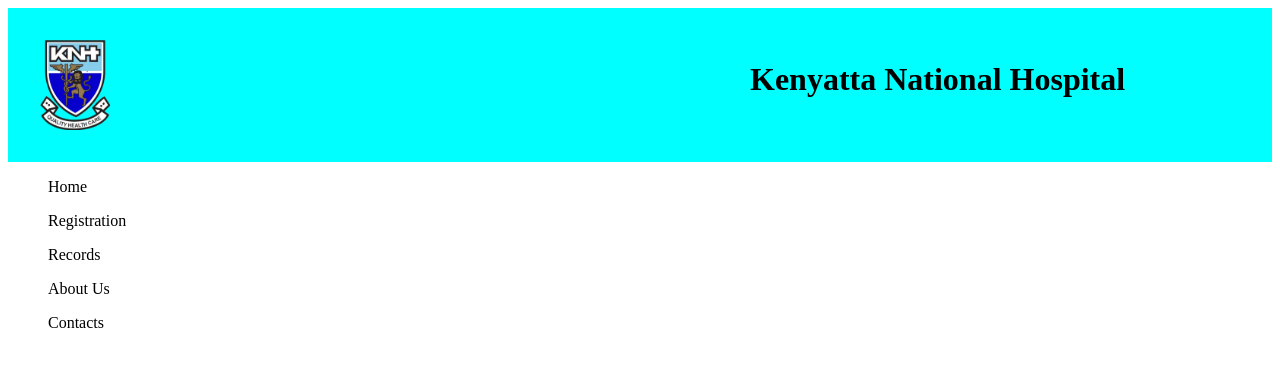
Repository: EphrahimLaanyu123/wsp
Page: index.html
These files come from the project's save history. The page is drawn as it stood at one moment and after a run of saves; the edit follows.
The browser window is 1280 px wide. The pictures show the whole page.

Above is the page before, as saved 2025-03-13 19:51:14.

After the next 3 saves:
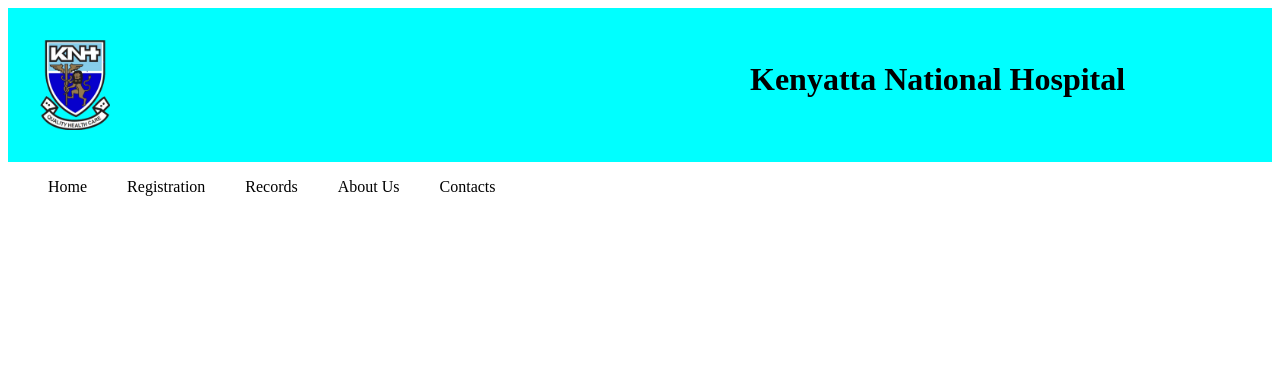
The 3 saves are shown as one change because they came seconds apart.
The last was saved 10 s later.
--- a/styles.css
+++ b/styles.css
@@ -9,3 +9,8 @@
     width: 70px;
     height: 90px;
 }
+
+.nav {
+    display: flex;
+
+}
